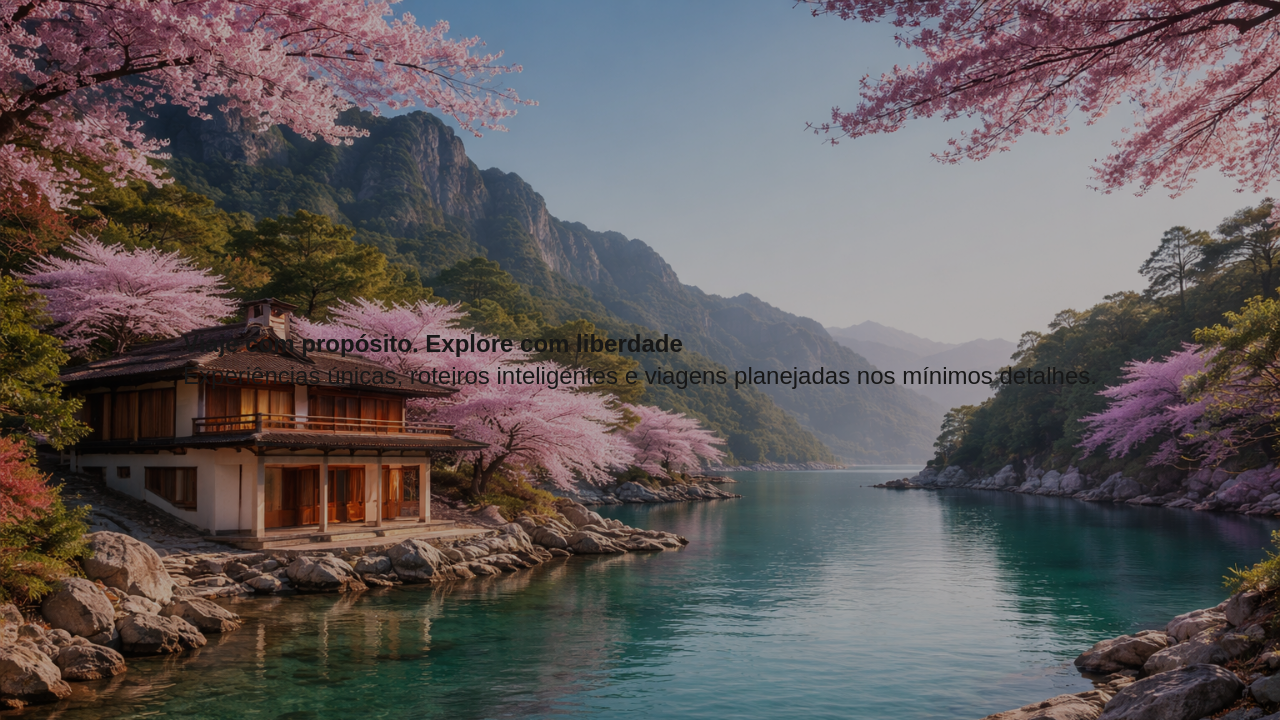
Repository: pedroantoniosi/tripicon-site
Page: /home
The author's editor kept a copy of each file at every save. The page is drawn from the files as they stood at one save, then again after the next save.
The browser window is 1280 px wide. The pictures show the whole page.
The project was rebuilt for these pictures with package versions that can differ from the ones it lists, and the page was loaded fresh each time. The framework's server and built-in components were replaced by stand-ins that run in the browser. Also part of the build but not shown: next.config.ts.

Above is the page before, as saved 2026-03-31 17:33:59.

### src/app/layout.tsx
import type { Metadata } from "next";
import { Geist, Geist_Mono } from "next/font/google";
import "./globals.css";

const geistSans = Geist({
  variable: "--font-geist-sans",
  subsets: ["latin"],
});

const geistMono = Geist_Mono({
  variable: "--font-geist-mono",
  subsets: ["latin"],
});

export const metadata: Metadata = {
  title: "Create Next App",
  description: "Generated by create next app",
};

export default function RootLayout({
  children,
}: Readonly<{
  children: React.ReactNode;
}>) {
  return (
    <html
      lang="en"
      className={`${geistSans.variable} ${geistMono.variable} h-full antialiased`}
    >
      <body className="min-h-full flex flex-col">{children}</body>
    </html>
  );
}

### src/app/home/page.tsx
import styles from "./page.module.css";

export default function Home() {
  return (
    <div className={styles.heroContainer}>
      <div className={`${styles.heroCaption} col gap-2`}>
        <h2 className={`font-bold text-2xl `}>
          Viaje com propósito. Explore com liberdade
        </h2>
        <p className="text text-2xl">
          Experiências únicas, roteiros inteligentes e viagens planejadas nos
          mínimos detalhes.
        </p>
      </div>
    </div>
  );
}

### src/app/home/page.module.css
.heroContainer {
    padding: 1rem;
    position: relative;
    display: grid;
    place-items: center;
    z-index: 1;
    min-height: 50svh;

    &::after {
        content: ' ';
        position: absolute;
        width: 100%;
        height: 100%;
        left: 0;
        bottom: 0;
        background-image: url('/images/banner.png');
        background-size: cover;
        z-index: -1;
        filter: brightness(70%);
    }

    & .heroTitle {
        max-width: 1024px;
        text-align: center;
    }
}


@media (min-width: 1024px) {
    .heroContainer {
        padding: 2rem;
        min-height: 100vh;
    }

    .heroContainer .heroTitle {
        max-width: 1200px;
    }
}

Loaded but not shown: src/app/globals.css (common file)

After the next save:
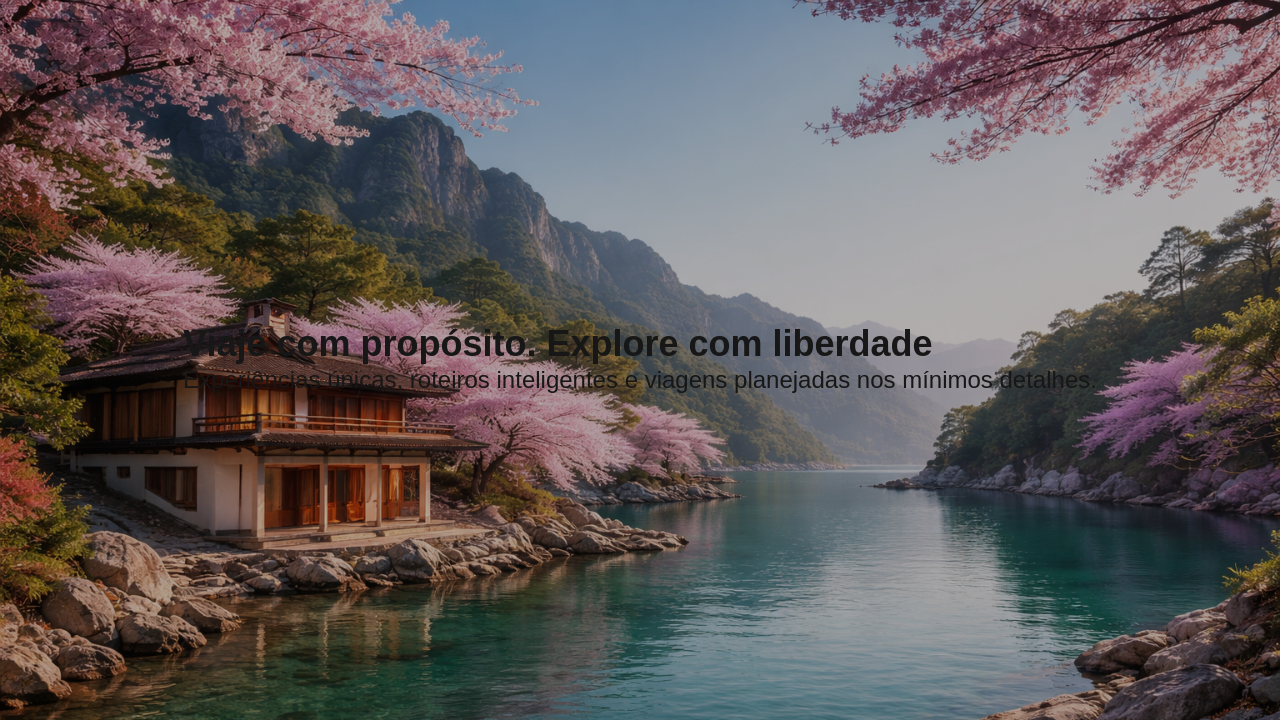
Saved 6 s later.
--- a/src/app/home/page.tsx
+++ b/src/app/home/page.tsx
@@ -4,7 +4,7 @@
   return (
     <div className={styles.heroContainer}>
       <div className={`${styles.heroCaption} col gap-2`}>
-        <h2 className={`font-bold text-2xl `}>
+        <h2 className={`font-bold text-4xl `}>
           Viaje com propósito. Explore com liberdade
         </h2>
         <p className="text text-2xl">

After the save that followed:
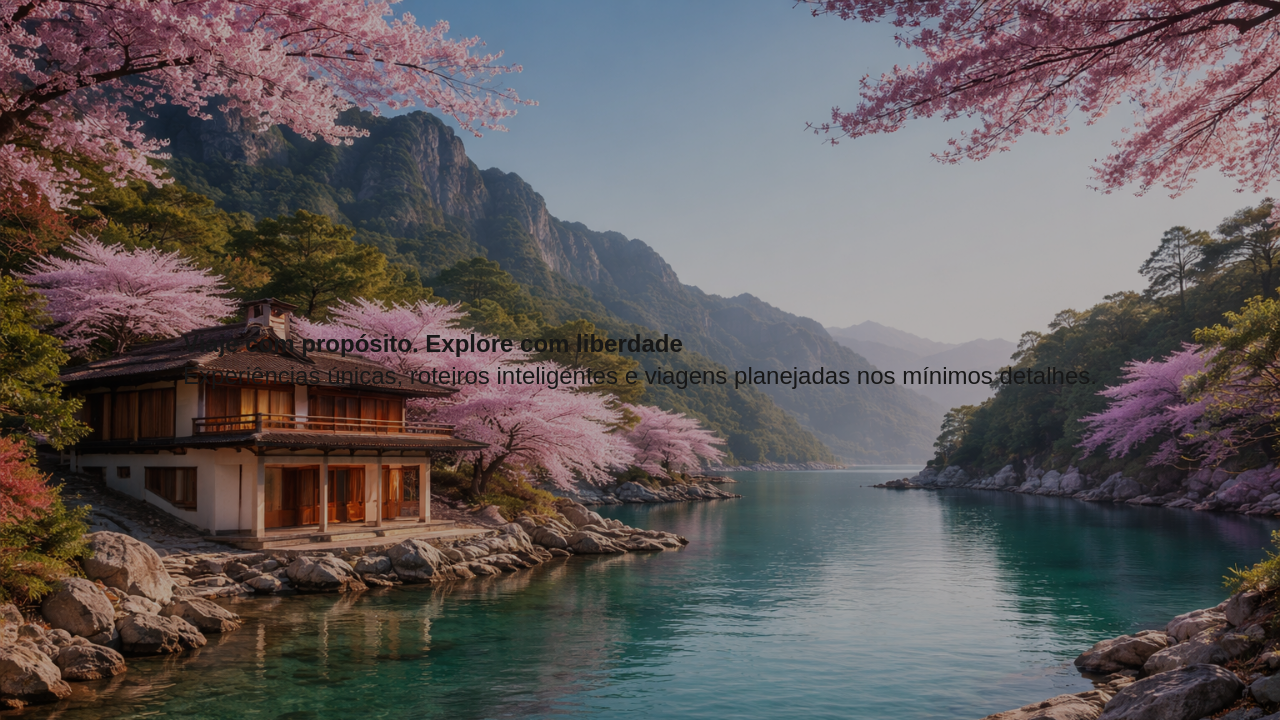
Saved 23 s later.
--- a/src/app/home/page.tsx
+++ b/src/app/home/page.tsx
@@ -4,7 +4,10 @@
   return (
     <div className={styles.heroContainer}>
       <div className={`${styles.heroCaption} col gap-2`}>
-        <h2 className={`font-bold text-4xl `}>
+        <h2
+          className={`font-bold text-2xl
+ `}
+        >
           Viaje com propósito. Explore com liberdade
         </h2>
         <p className="text text-2xl">
